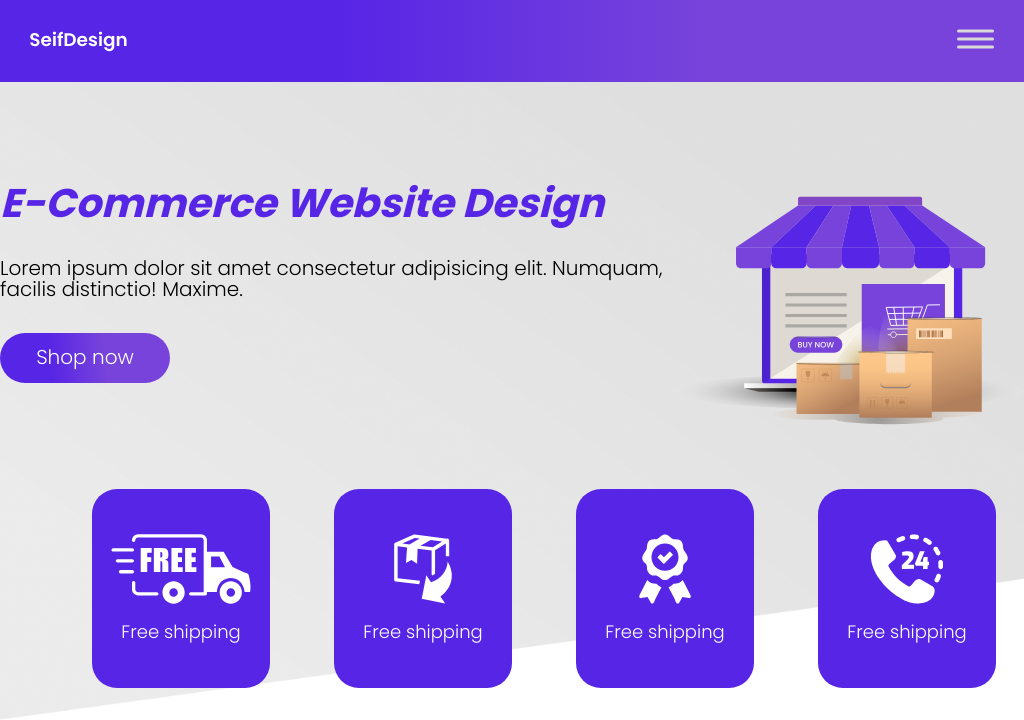
Repository: simralgasimov/newpage
Page: index.html
An editor plug-in stored every save of this project. The page is shown before and after a run of saves, followed by the edit.
The browser window is 1024 px wide. The pictures show the whole page.
The style sheet was rebuilt from its Sass, Less or Tailwind sources for each picture, by a compiler version that may differ from the author's.

Above is the page before, as saved 2023-12-13 15:11:50.
Not found: index.js

After the next 2 saves:
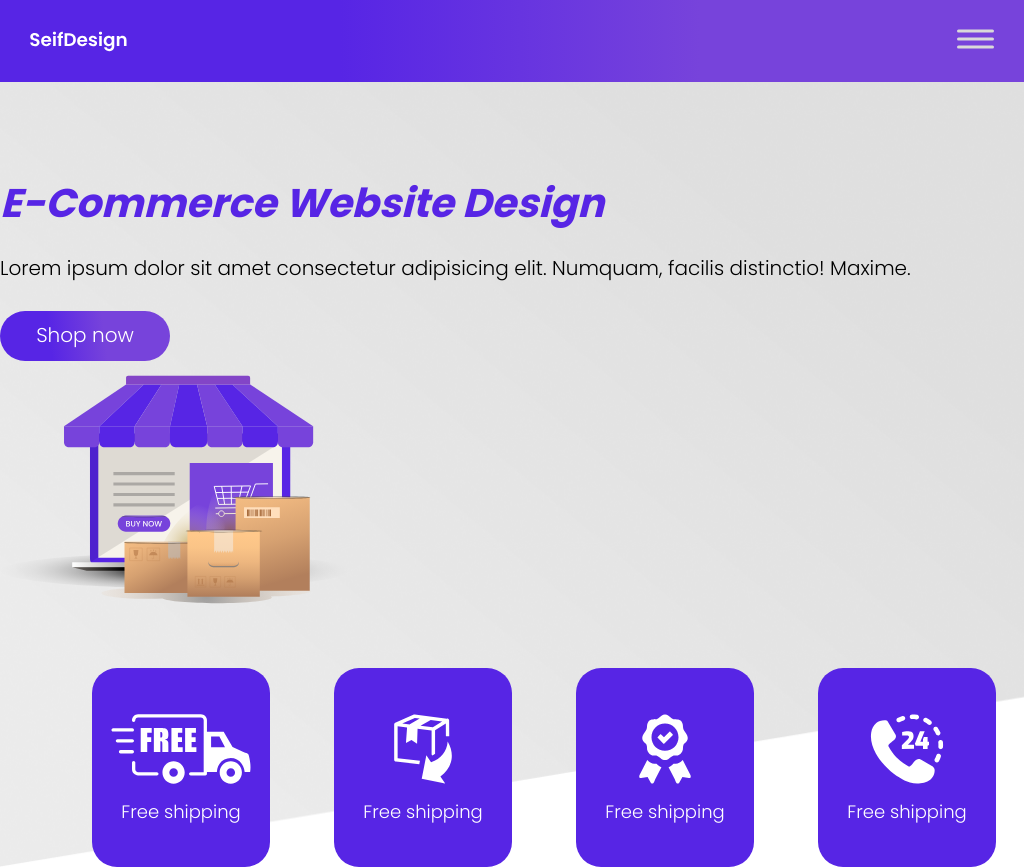
The 2 saves are shown as one change because they came seconds apart.
The last was saved 50 s later.
--- a/index.scss
+++ b/index.scss
@@ -67,7 +67,8 @@
     justify-content: center;
     @media screen and (max-width: 1024px) {
 padding: 0;
-padding-top: 100px;      }
+padding-top: 100px;
+flex-direction: column;    }
     .text-container {
       h1 {
         margin-bottom: 32px;
